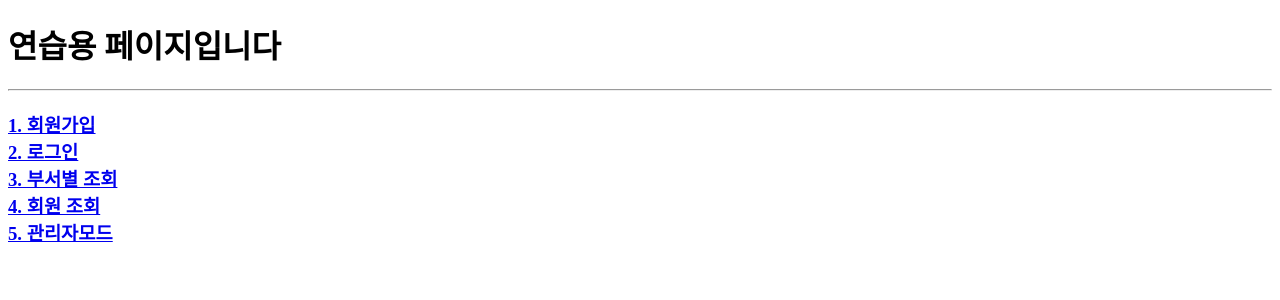
Repository: loseminho/khAcademy-Study
Page: http://localhost/02_SpringMVC_CRUD_TEST/
The author's editor kept a copy of each file at every save. The page is drawn from the files as they stood at one save, then again after the next save.
The browser window is 1280 px wide. The pictures show the whole page.
The page is served by Tomcat 9.

Above is the page before, as saved 2022-09-30 09:04:29.

After the next save:
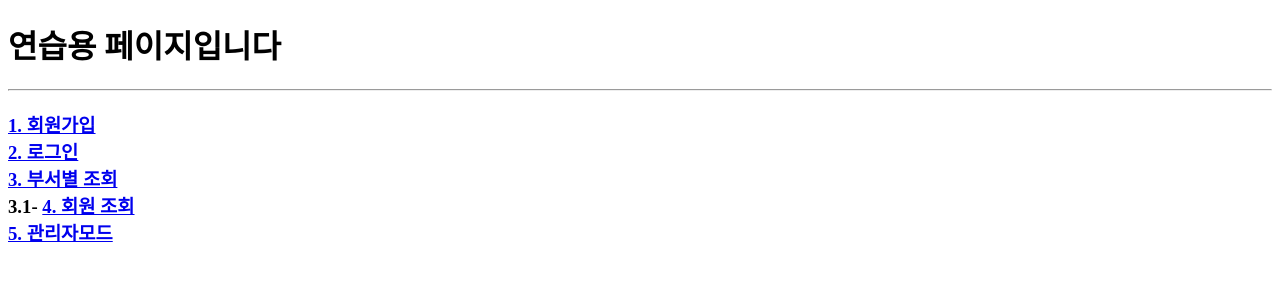
Saved 44 s later.
--- a/spring/workspace-sts-3.9.13.RELEASE/02_SpringMVC_CRUD_TEST/src/main/webapp/index.jsp
+++ b/spring/workspace-sts-3.9.13.RELEASE/02_SpringMVC_CRUD_TEST/src/main/webapp/index.jsp
@@ -13,6 +13,7 @@
 		<a href="/">1. 회원가입</a><br>
 		<a href="/">2. 로그인</a><br>
 		<a href="/">3. 부서별 조회</a><br>
+		3.1-
 		<a href="/">4. 회원 조회</a><br>
 		<a href="/">5. 관리자모드</a><br>
 	</h3>
